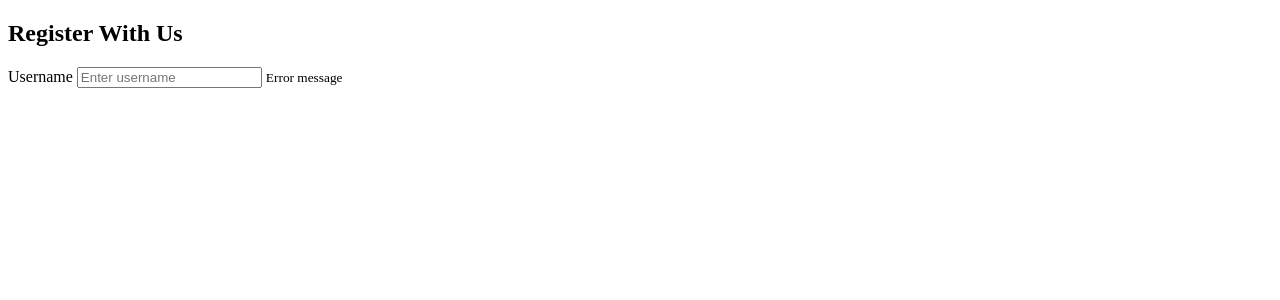
Repository: atko87/Form-Validator-Intro-
Page: index.html
An editor plug-in stored every save of this project. The page is shown before and after the next save, followed by the edit.
The browser window is 1280 px wide. The pictures show the whole page.

Above is the page before, as saved 2020-03-07 22:45:11.

After the next save:
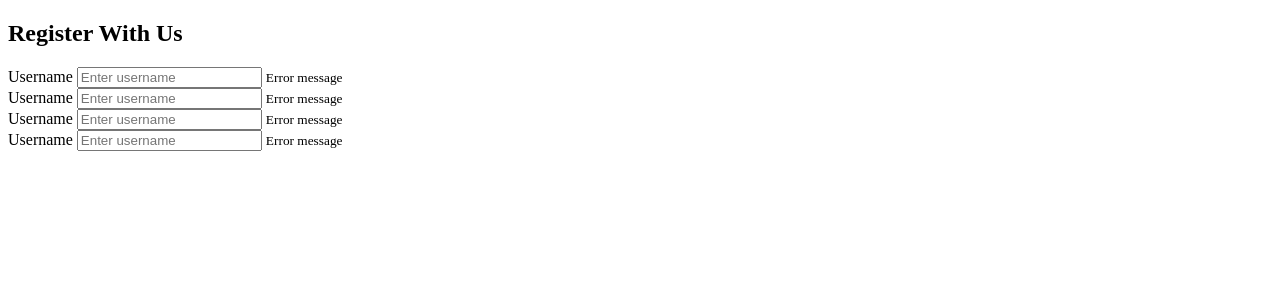
Saved 36 s later.
--- a/index.html
+++ b/index.html
@@ -10,6 +10,22 @@
     <div class="container">
       <form id="form" class="form">
         <h2>Register With Us</h2>
+
+        <div class="form-control">
+          <label for="username">Username</label>
+          <input type="text" id="username" placeholder="Enter username" />
+          <small>Error message</small>
+        </div>
+        <div class="form-control">
+          <label for="username">Username</label>
+          <input type="text" id="username" placeholder="Enter username" />
+          <small>Error message</small>
+        </div>
+        <div class="form-control">
+          <label for="username">Username</label>
+          <input type="text" id="username" placeholder="Enter username" />
+          <small>Error message</small>
+        </div>
         <div class="form-control">
           <label for="username">Username</label>
           <input type="text" id="username" placeholder="Enter username" />
